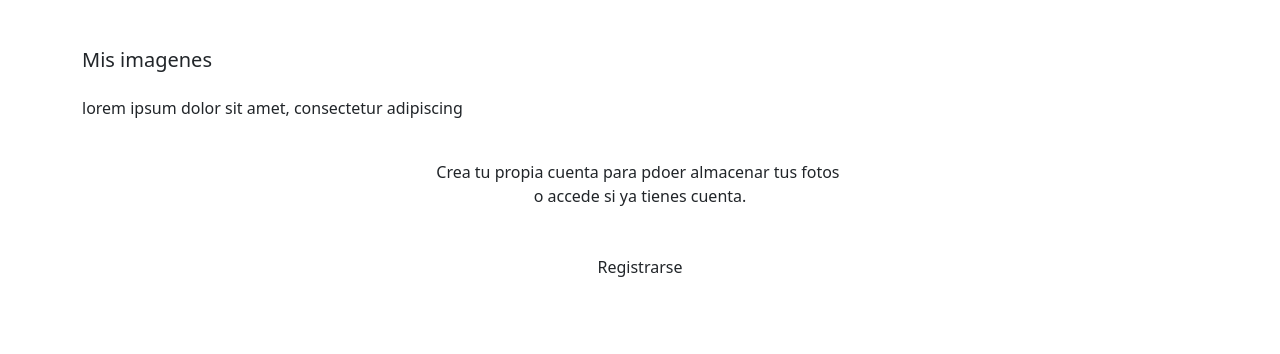
Repository: Davic1o/Fiebaseapp
Page: /
An editor plug-in stored every save of this project. The page is shown before and after the next save, followed by the edit.
The browser window is 1280 px wide. The pictures show the whole page.
The project was rebuilt for these pictures with package versions that can differ from the ones it lists, and the page was loaded fresh each time. The framework's server and built-in components were replaced by stand-ins that run in the browser. Also part of the build but not shown: next.config.js.

Above is the page before, as saved 2022-07-28 09:21:34.

### pages/index.js
import Head from 'next/head'
import Link from 'next/link'
import React,{useState, useEffect} from 'react'

import 'bootstrap/dist/css/bootstrap.min.css';
import { Container, Button, Card, CardTitle, CardText } from 'reactstrap';

export default function Home(){

  const HeadData = () =>{
    return <Head>
      <title>Home</title>
      <meta name='viewport' content='initial-scale=1.0, width=device-width' />
      <meta name='description' content='Homepage' />
      <meta name='keywords' content='Homepage' />
      <link rel='icon' href='/favicon.ico' />
    </Head>
  }

  return <>
    <HeadData />
    <Container>
      <br/>
      <br/>
      <CardTitle tag='h5'>
        Mis imagenes
      </CardTitle>
      <br />
      <p>
        lorem ipsum dolor sit amet, consectetur adipiscing
      </p>
      <br />

      <CardText style={{ textAlign: 'center', whiteSpace: 'pre-wrap' }}>
        {`Crea tu propia cuenta para pdoer almacenar tus fotos \no accede si ya tienes cuenta.`}
      </CardText>
      <br />

      <div style={{textAlign:'center'}}>
        <Link href="/user_app/?loginType=login">
          <div style={{display: 'inline-block'}}>
              <Button color='prymary' outline>
                Registrarse
              </Button>
          </div>
        </Link>
      </div>
    </Container>

  </>
}

Loaded but not shown: pages/_app.js (common file); styles/globals.css (common file)

After the next save:
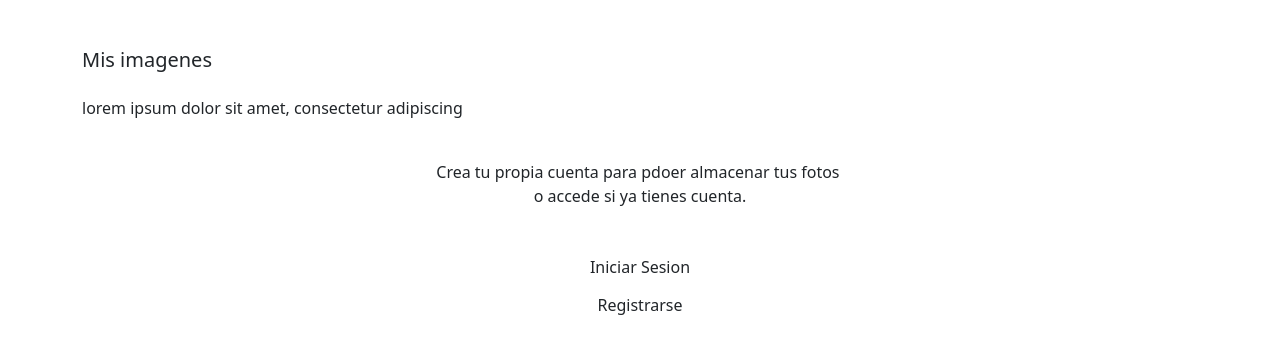
Saved 7 min 45 s later.
--- a/pages/index.js
+++ b/pages/index.js
@@ -40,8 +40,19 @@ export default function Home(){
         <Link href="/user_app/?loginType=login">
           <div style={{display: 'inline-block'}}>
               <Button color='prymary' outline>
+                Iniciar Sesion
+              </Button>
+
+          </div>
+        </Link>
+      </div>
+      <div style={{textAlign:'center'}}>
+        <Link href="/user_app/?loginType=login">
+          <div style={{display: 'inline-block'}}>
+              <Button color='prymary' outline>
                 Registrarse
               </Button>
+
           </div>
         </Link>
       </div>
